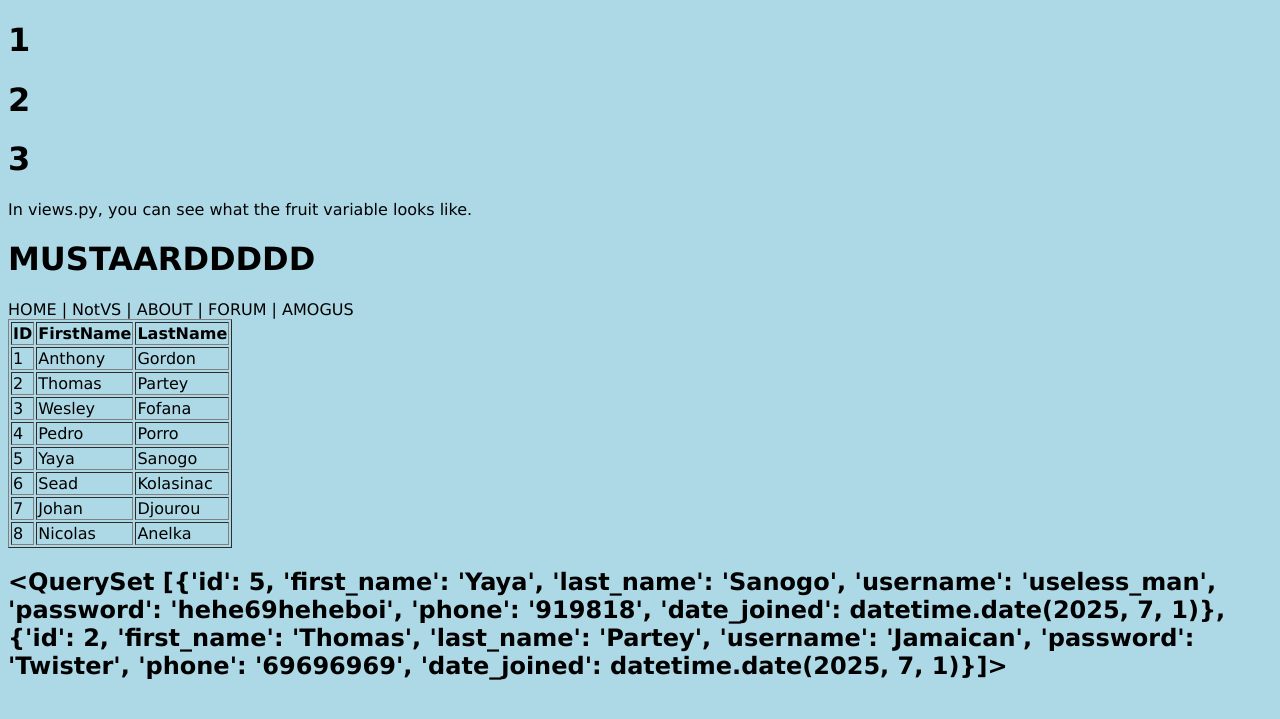
Repository: NotVS/Django-project1
Page: http://localhost/testing/
These files come from the project's save history. The page is drawn as it stood at one moment and after the next save; the edit follows.
The browser window is 1280 px wide. The pictures show the whole page.
The page is served by the project's application, run on Django 5.2 (manage.py). Other server files are loaded and not shown. The page reads the database file committed with the project.

Above is the page before, as saved 2025-07-02 13:38:58.

### users/templates/template.html
<!DOCTYPE html>
<html>
<body>

{%if diddy_bluds != ohio_bluds%}
    {% for x in ohio_bluds %}
        <h1> {{x}} </h1>
    {% endfor %}
{% endif %}

<p> In views.py, you can see what the fruit variable looks like. </p>

{% with var1="mustard" %}
    {% with var2="mustard" %}
        {% if var1 == var2 %}
            <h1>MUSTAARDDDDD</h1>
        {% else %}
            <h1>FREAKMA</h1>
        {% endif %}
    {% endwith %}
{% endwith %}

{% with me="NotVS" sponsor="AMOGUS"%}
    {% include "mymenu.html" %}
{% endwith %}
</body>
</html>


<table border = '1'>
    <tr>
        <th>ID</th>
        <th>FirstName</th>
        <th>LastName</th>

    {% for x in my_users %}
        <tr>
            <td>{{x.id}}</td>
                <td>{{x.first_name}}</td>
            <td> {{x.last_name}}</td>
        </tr>

    {% endfor %}
</table>

<h2> {{sangolo}} </h2>

{% load static %}
<link rel="stylesheet" href="{% static 'myfirst.css' %}">

### users/templates/mymenu.html
<div>HOME | {{me}} | ABOUT | FORUM | {{sponsor}}</div>

### users/models.py
from django.db import models
from datetime import date

# Create your models here.
class User(models.Model): # describes model (for database)
    first_name = models.CharField(max_length = 255)
    last_name = models.CharField(max_length = 255)
    username = models.CharField(null = True, max_length = 15)
    password = models.CharField(null = True, max_length = 20)

    phone = models.CharField(null = True, max_length = 15)
    date_joined = models.DateField(auto_now = True)

### users/views.py
from django.shortcuts import loader, redirect
from django.http import HttpResponse
from .models import User
from datetime import date

def users(request):
    myusers = User.objects.all().values()
    template = loader.get_template('all_users.html')
    context = {
        'myusers' : myusers
    }

    return HttpResponse(template.render(context, request))


def details(request, id):
    myuser = User.objects.get(id=id)
    template = loader.get_template('details.html')
    context = {
        'myuser' : myuser,
    }

    return HttpResponse(template.render(context, request))


def main(request):
    template = loader.get_template('main.html')
    return HttpResponse(template.render())


def testing(request):
    template = loader.get_template('template.html')
    my_data = User.objects.all() #querying data
    best_player = User.objects.filter(last_name = 'Sanogo', id = 5).values() | User.objects.filter(id = 2).values()
    context = {
        'diddy_bluds' : ['67', '67', '67'],
        'ohio_bluds' : ['1', '2', '3'],
    'my_users' : my_data,
    'sangolo' : best_player
    }

    return HttpResponse(template.render(context, request))


def registration(request):
    template = loader.get_template("registration.html")

    if request.method == "POST":
        firstname = request.POST.get("first_name")
        lastname = request.POST.get("last_name")
        usname = request.POST.get("username")
        pwd = request.POST.get("password")
        phone_number = request.POST.get("phone")

        if not(firstname and lastname and usname and pwd and phone_number):
            context = {
                "error" : "please fill out all fields"
            }

            return HttpResponse(template.render(context, request))

        new_user = User(first_name = firstname,
                        last_name = lastname,
                        username = usname,
                        password = pwd,
                        phone = phone_number,
                        date_joined = date.today())

        new_user.save()

        return redirect("testing")


    return HttpResponse(template.render({}, request))


def login(request):
    template = loader.get_template('login.html')

    if request.method == "POST":
        usname = request.POST.get('username')
        pwd = request.POST.get('password')

        try:
            user = User.objects.get(username = usname)
            if user.password == pwd:
                return redirect("testing")

            else:
                context = {'error': 'wrong password'}
                return HttpResponse(template.render(context, request))

        except User.DoesNotExist:
            context = {'error': 'no such user found'}
            return HttpResponse(template.render(context, request))

    return HttpResponse(template.render({}, request))

### myproject/urls.py
"""
URL configuration for myproject project.

The `urlpatterns` list routes URLs to views. For more information please see:
    https://docs.djangoproject.com/en/5.2/topics/http/urls/
Examples:
Function views
    1. Add an import:  from my_app import views
    2. Add a URL to urlpatterns:  path('', views.home, name='home')
Class-based views
    1. Add an import:  from other_app.views import Home
    2. Add a URL to urlpatterns:  path('', Home.as_view(), name='home')
Including another URLconf
    1. Import the include() function: from django.urls import include, path
    2. Add a URL to urlpatterns:  path('blog/', include('blog.urls'))
"""

from django.contrib import admin
from django.urls import include, path

urlpatterns = [
    path("admin/", admin.site.urls),
    path('', include('users.urls'))
]

### users/urls.py
from django.urls import path
from . import views

urlpatterns = [
    path('', views.main, name = 'main'),
    path('users/', views.users, name= 'users'),
    path('users/details/<int:id>/', views.details, name = 'details'),
    path('testing/', views.testing, name = 'testing' ),
    path('registration', views.registration, name = 'registration'),
    path('login', views.login, name = 'login')
]

### users/static/myfirst.css
body {
    background-color: lightblue;
    font-family: verdana;
}

### db.sqlite3 (the tables this page reads, as SQL)
CREATE TABLE "users_user" ("id" integer NOT NULL PRIMARY KEY AUTOINCREMENT, "first_name" varchar(255) NOT NULL, "last_name" varchar(255) NOT NULL, "date_joined" date NOT NULL, "password" varchar(20) NULL, "phone" varchar(15) NULL, "username" varchar(15) NULL);
INSERT INTO "users_user" VALUES
(1, 'Anthony', 'Gordon', '2025-07-01', 'Gordonio', '67676767', 'Tonio'),
(2, 'Thomas', 'Partey', '2025-07-01', 'Twister', '69696969', 'Jamaican'),
(3, 'Wesley', 'Fofana', '2025-07-01', 'BecauseIamTuff', '420420', 'I_stare_down_rice'),
(4, 'Pedro', 'Porro', '2025-07-01', 'Meinster', '789123', 'Porridge'),
(5, 'Yaya', 'Sanogo', '2025-07-01', 'hehe69heheboi', '919818', 'useless_man'),
(6, 'Sead', 'Kolasinac', '2025-07-02', 'pukema45', '818414', 'KSead18'),
(7, 'Johan', 'Djourou', '2025-07-02', 'sickman814', '009988', 'JDDJVANCE'),
(8, 'Nicolas', 'Anelka', '2025-07-02', 'Ilovemoney', '999999', 'IAmABagChaser');

After the next save:
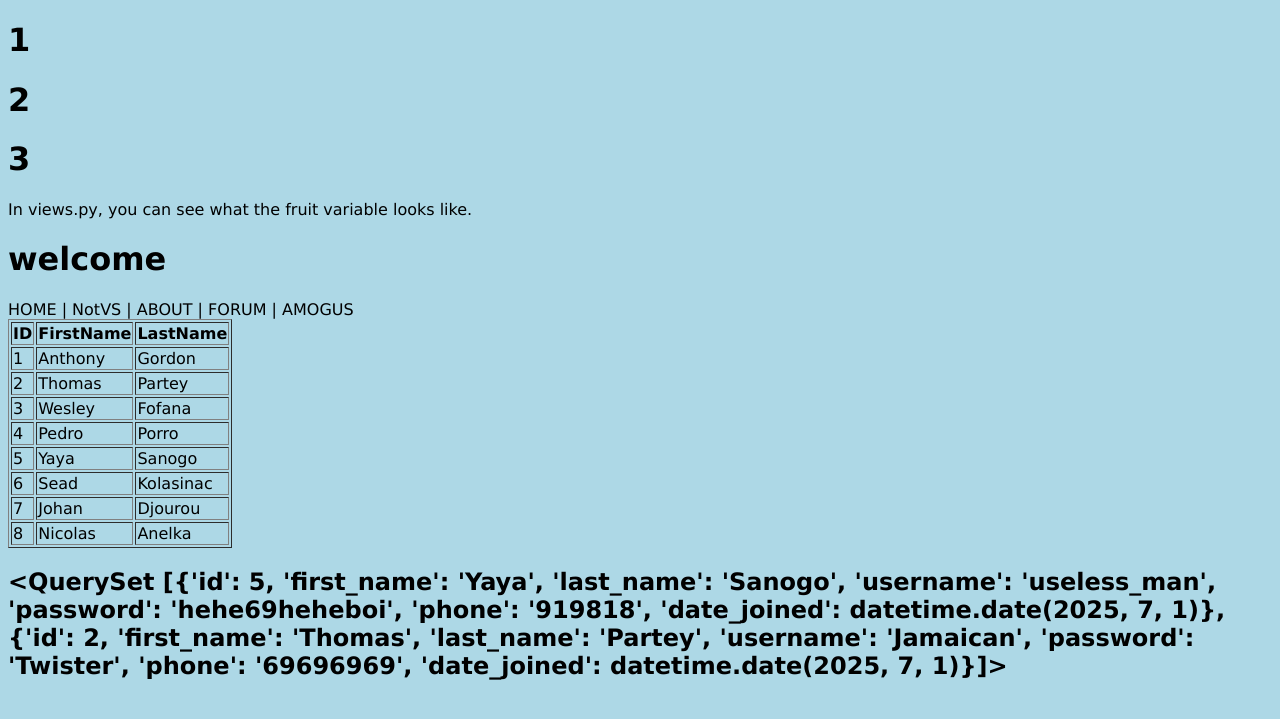
Saved 88 s later.
--- a/users/templates/template.html
+++ b/users/templates/template.html
@@ -13,7 +13,7 @@
 {% with var1="mustard" %}
     {% with var2="mustard" %}
         {% if var1 == var2 %}
-            <h1>MUSTAARDDDDD</h1>
+            <h1>welcome</h1>
         {% else %}
             <h1>FREAKMA</h1>
         {% endif %}
